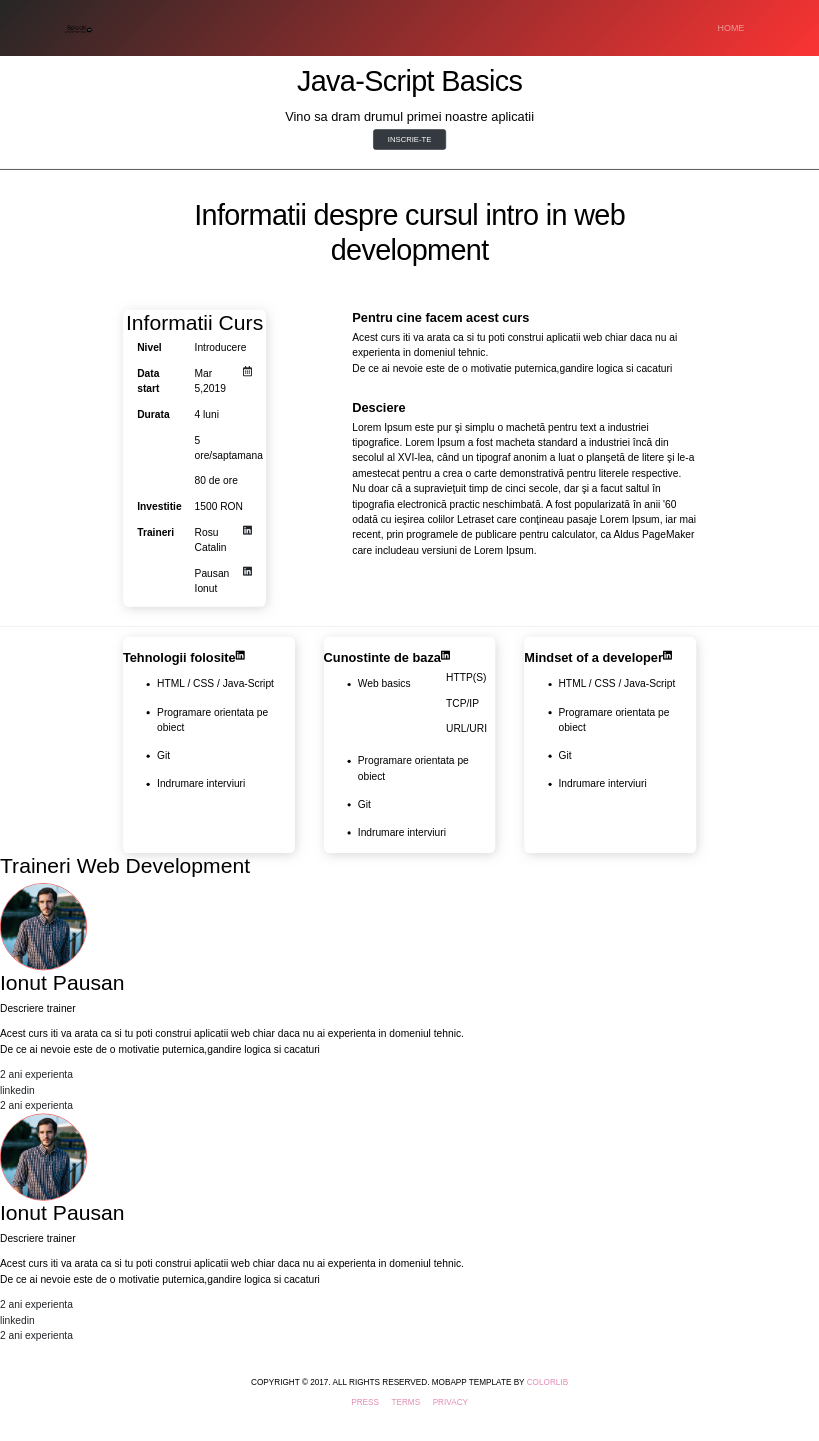
Repository: RosuCatalinDorin/ITSchool
Page: detaliiCurs/views/detalii-curs.html
The author's editor kept a copy of each file at every save. The page is drawn from the files as they stood at one save, then again after a run of saves.
The browser window is 1280 px wide. The pictures show the whole page, at 64% of full size.
Some web libraries are served in a nearby version.

Above is the page before, as saved 2019-03-12 08:00:48.

### detaliiCurs/views/detalii-curs.html
<!doctype html>
<html lang="en">


<head>
    <title>Speak Programming</title>
    <!-- Required meta tags -->
    <meta charset="utf-8">
    <meta name="viewport" content="width=device-width, initial-scale=1, shrink-to-fit=no">
    <meta name="description" content="Mobland - Mobile App Landing Page Template">
    <meta name="keywords" content="HTML5, bootstrap, mobile, app, landing, ios, android, responsive">
    <!-- Font -->
    <link rel="stylesheet" href="https://use.fontawesome.com/releases/v5.7.2/css/all.css" integrity="sha384-fnmOCqbTlWIlj8LyTjo7mOUStjsKC4pOpQbqyi7RrhN7udi9RwhKkMHpvLbHG9Sr" crossorigin="anonymous">
    <link rel="dns-prefetch" href="//fonts.googleapis.com">
    <script src="//code.jquery.com/jquery-1.11.1.min.js"></script>
    <!-- Bootstrap CSS -->
    <link rel="stylesheet" href="../../css/bootstrap.min.css">
    <!-- Themify Icons -->
    <link rel="stylesheet" href="../../css/themify-icons.css">
    <!-- Owl carousel -->
    <link rel="stylesheet" href="../../css/owl.carousel.min.css">
    <link rel="stylesheet" href="../css/detalii-curs.css">
    <!-- Main css -->
    <link href="../../css/style.css" rel="stylesheet">
    <link rel="shortcut icon" href="../images/partea_de_susLogo.png"/>
    <!-- jQuery and Bootstrap -->
    <script src="../../js/jquery-3.2.1.min.js"></script>
    <script src="../../js/bootstrap.bundle.min.js"></script>
    <!-- Plugins JS -->
    <script src="../../js/owl.carousel.min.js"></script>
    <!-- Custom JS -->

</head>

<body data-spy="scroll" data-target="#navbar" data-offset="30">

<!-- Nav Menu -->
<div class="nav-menu fixed-top">
    <div class="container">
        <div class="row">
            <div class="col-md-12">
                <nav class="navbar navbar-dark navbar-expand-lg">
                    <a class="navbar-brand" href="../../home-page/index.html"><img src="../../images/logo_partea_deJos.png" height="43" width="43" class="img-fluid" alt="logo"></a> <button class="navbar-toggler" type="button" data-toggle="collapse" data-target="#navbar" aria-controls="navbar" aria-expanded="false" aria-label="Toggle navigation"> <span class="navbar-toggler-icon"></span> </button>
                    <div class="collapse navbar-collapse" id="navbar">
                        <ul class="navbar-nav ml-auto">
                            <li class="nav-item"> <a class="nav-link active" href="../../home-page/index.html">HOME <span class="sr-only">(current)</span></a> </li>
                        </ul>
                    </div>
                </nav>
            </div>
        </div>
    </div>
</div>

<!-- Header start -->

<header  class="header-detalii-curs">
        <h2 class="detalii-curs-titlu" id="cursTitle">Java-Script Basics</h2>
        <h4 class="detalii-curs-motto">Vino sa dram drumul primei noastre aplicatii</h4>
        <div class="detalii-curs-button-container">
            <button type="button" class="btn btn-dark">Inscrie-te</button>
        </div>
    </div>
</header>

<!-- Header ends -->

<!-- Info curs start -->
<section class="info-curs-container">
    <div class="info-title" >
        <h2>Informatii despre cursul intro in web development</h2>
    </div>
    <div class="info-curs-detalii" >
        <div class="informatii-curs-sumar">
            <h3>Informatii Curs</h3>
            <div class="informatii-curs-row">
                <div class="row-first-elem">
                    <p>Nivel</p>
                </div>
                <p class="row-second-elem">Introducere </p>
            </div>
            <div class="informatii-curs-row">
                <div class="row-first-elem">
                    <p>Data start</p>
                </div>
                <div class="row-second-elem">
                    <div class="trainer-linkedin">
                        <p>Mar 5,2019</p>
                        <i class="far fa-calendar-alt"></i>
                    </div>
                </div>
            </div>
            <div class="informatii-curs-row">
                <div class="row-first-elem">
                    <p>Durata</p>
                </div>
                <div class="row-second-elem">
                    <p>4 luni </p>
                    <p>5 ore/saptamana </p>
                    <p>80 de ore </p>
                </div>
            </div>
            <div class="informatii-curs-row">
                    <div class="row-first-elem">
                            <p> Investitie </p>
                        </div>

                <p class="row-second-elem">1500 RON</p>
            </div>
            <div class="informatii-curs-row">
                    <div class="row-first-elem">
                            <p>Traineri</p>
                        </div>

                <div class="row-second-elem">
                    <div class="trainer-linkedin">
                        <p>Rosu Catalin</p>
                        <i href="https://www.linkedin.com/in/ro%C8%99u-c%C4%83t%C4%83lin-dorin-872322112/" class="fab fa-linkedin"></i>
                    </div>
                    <div class="trainer-linkedin">
                        <p>Pausan Ionut</p>
                        <i class="fab fa-linkedin"></i>
                    </div>
                </div>
            </div>
        </div>
        <div class="descriere-curs">
            <!-- put text into variables -->
                <div class="descriere-cui-se-adreseaza">
                    <h4>Pentru cine facem acest curs</h4>
                    <p> Acest curs iti va arata ca si tu poti construi aplicatii web chiar daca nu ai experienta in domeniul tehnic.<br> De ce ai nevoie este de o motivatie puternica,gandire  logica si cacaturi </p>
                </div>
                <div class="">
                    <h4> Desciere</h4>
                    <p>Lorem Ipsum este pur şi simplu o machetă pentru text a industriei tipografice. Lorem Ipsum a fost macheta standard a industriei încă din secolul al XVI-lea, când un tipograf anonim a luat o planşetă de litere şi le-a amestecat pentru a crea o carte demonstrativă pentru literele respective. Nu doar că a supravieţuit timp de cinci secole, dar şi a facut saltul în tipografia electronică practic neschimbată. A fost popularizată în anii '60 odată cu ieşirea colilor Letraset care conţineau pasaje Lorem Ipsum, iar mai recent, prin programele de publicare pentru calculator, ca Aldus PageMaker care includeau versiuni de Lorem Ipsum.</p>
                </div>
        </div>
    </div>
</section>
<hr>
<!-- Info curs ends -->


<!-- PROGRAMA CURS START -->

<section class="programa-curs">
    <div class="programa-curs-row">
        <header class="programa-curs-header">
            <h4>Tehnologii folosite</h4>
            <i class="fab fa-linkedin"></i>
        </header>
        <ul class="lista-programa-curs">
            <li>HTML / CSS / Java-Script</li>
            <li>Programare orientata pe obiect</li>
            <li>Git</li>
            <li>Indrumare interviuri</li>
        </ul>
    </div>
    <div class="programa-curs-row">
        <header class="programa-curs-header">
            <h4>Cunostinte de baza</h4>
            <i class="fab fa-linkedin"></i>
        </header>
        <ul class="lista-programa-curs">
            <div class="web-basics">
                <li >Web basics</li>
                <div>
                    <p>HTTP(S)</p>
                    <p>TCP/IP</p>
                    <p>URL/URI</p>
                </div>
            </div>
            <li>Programare orientata pe obiect</li>
            <li>Git</li>
            <li>Indrumare interviuri</li>
        </ul>
    </div>
    <div class="programa-curs-row">
        <header class="programa-curs-header">
            <h4>Mindset of a developer</h4>
            <i class="fab fa-linkedin"></i>
        </header>
        <ul class="lista-programa-curs">
            <li>HTML / CSS / Java-Script</li>
            <li>Programare orientata pe obiect</li>
            <li>Git</li>
            <li>Indrumare interviuri</li>
        </ul>
    </div>
</section>

<!-- PROGRAMA CURS ENDS -->

<!-- Trainer description start -->
<div class="DescriereTrainer">
        <div>
            <h3> Traineri Web Development</h3>
        </div>
        <div class="contentTrainerDetails">
            <div class="team-box-trainer">
                <div class="team-img">
                    <img src="../../images/pozaIonutPausan.jpg" class="rounded-circle" alt="Cinque Terre" width="136" height="136">
                </div>
                <div class="team-title-trainer ">
                    <h3>Ionut Pausan</h3>
                </div>
            </div>
            <div class="descriereTrainer">
                <p class="textOffset">Descriere trainer</p>
                <p> Acest curs iti va arata ca si tu poti construi aplicatii web chiar daca nu ai experienta in domeniul tehnic.<br> De ce ai nevoie este de o motivatie puternica,gandire  logica si cacaturi </p>
                <div class="repetClassStyle"><span>2 ani experienta</span></div>
                <div class="repetClassStyle"><span>linkedin</span></div>
                <div class="repetClassStyle" ><span>2 ani experienta</span></div>
            </div>
        </div>
        <div class="contentTrainerDetails">
            <div class="team-box-trainer">
                <div class="team-img">
                    <img src="../../images/pozaIonutPausan.jpg" class="rounded-circle" alt="Cinque Terre" width="136" height="136">
                </div>
                <div class="team-title-trainer ">
                    <h3>Ionut Pausan</h3>
                </div>
            </div>
            <div class="">

                <p>Descriere trainer</p>
                <p> Acest curs iti va arata ca si tu poti construi aplicatii web chiar daca nu ai experienta in domeniul tehnic.<br> De ce ai nevoie este de o motivatie puternica,gandire  logica si cacaturi </p>
                <div><span>2 ani experienta</span></div>
                <div ><span>linkedin</span></div>
                <div><span>2 ani experienta</span></div>
            </div>
        </div>
    </div>
<!-- Trainer description end -->


<footer class="my-5 text-center">
    <!-- Copyright removal is not prohibited! -->
    <p class="mb-2"><small>COPYRIGHT © 2017. ALL RIGHTS RESERVED. MOBAPP TEMPLATE BY <a href="https://colorlib.com">COLORLIB</a></small></p>

    <small>
        <a href="#" class="m-2">PRESS</a>
        <a href="#" class="m-2">TERMS</a>
        <a href="#" class="m-2">PRIVACY</a>
    </small>
</footer>


</body>

</html>

### detaliiCurs/css/detalii-curs.css
/* Header start */
.header-detalii-curs {
    border-bottom: 1px solid black;
}

.container-detalii-curs {
    text-align: center;
}

.detalii-curs-button-container{
    margin-bottom: 30px;
}
/* Header ends */

/* Info curs container start */
.info-curs-container {
    width: 70%;
    margin: auto;
}

.info-title{
    padding-top: 45px;
    padding-bottom: 50px;
    height: auto;
}

.info-title h2{
    text-align: center;
}

    /* DETALII CURS -START */
.info-curs-detalii{
    display: flex;
    justify-content: space-between;
    margin-bottom: 30px;
}

.informatii-curs-sumar{
    width: 25%;
    -webkit-box-shadow: 2px 3px 18px -2px rgba(186,186,186,0.68);
    -moz-box-shadow: 2px 3px 18px -2px rgba(186,186,186,0.68);
    box-shadow: 2px 3px 18px -2px rgba(186,186,186,0.68);
    border-radius: 3%;
}

.informatii-curs-sumar h3 {
    text-align: center;
}

.informatii-curs-row{
    /* font size-font-style */
    display: flex;
}

.row-first-elem{
    font-weight: bold;
    width: 30%;
    padding-left: 10%;
}

.row-second-elem {
    width:60%;
    text-align: start;
    padding-left: 20%;
  }

.trainer-linkedin{
    display: flex;
    justify-content: space-between;
}
/* DETALII CURS -END */

/* DESCRIERE CURS START */
.descriere-curs{
    width: 60%;
}

.descriere-curs h4{
    font-weight: bold;
}

.descriere-cui-se-adreseaza{
    padding-bottom: 20px;
}

/* DESCRIERE CURS ENDS */

/* Info curs container ends */


/* PROGRAMA CURS START */

.programa-curs{
    margin: auto;
    display: flex;
    width: 70%;
    justify-content: space-between;
}

.programa-curs-row{
    width: 30%;
    color: black;
    -webkit-box-shadow: 2px 3px 18px -2px rgba(186,186,186,0.68);
    -moz-box-shadow: 2px 3px 18px -2px rgba(186,186,186,0.68);
    box-shadow: 2px 3px 18px -2px rgba(186,186,186,0.68);
    border-radius: 3%;
}

.programa-curs-header {
    padding-top: 20px;
    display: flex;
    margin:auto;
    color:black;
    text-align: center;
}

.programa-curs-header h4{
    padding: 0;
    font-weight: bold;
}

.lista-programa-curs{
    width: 90%;
    margin: auto;
    padding-bottom: 10px;
}

.lista-programa-curs li {
    padding-top: 10px;
    padding-bottom: 10px;
}

.web-basics{
    display: flex;
    justify-content: space-between;
}

.web-basics


/* PROGRAMA CURS ENDS */

Loaded but not shown: css/bootstrap.min.css (library); css/themify-icons.css (common file); css/owl.carousel.min.css (library); js/jquery-3.2.1.min.js (library); js/bootstrap.bundle.min.js (library); js/owl.carousel.min.js (library); css/style.css (723 lines, source omitted)

After the next 2 saves:
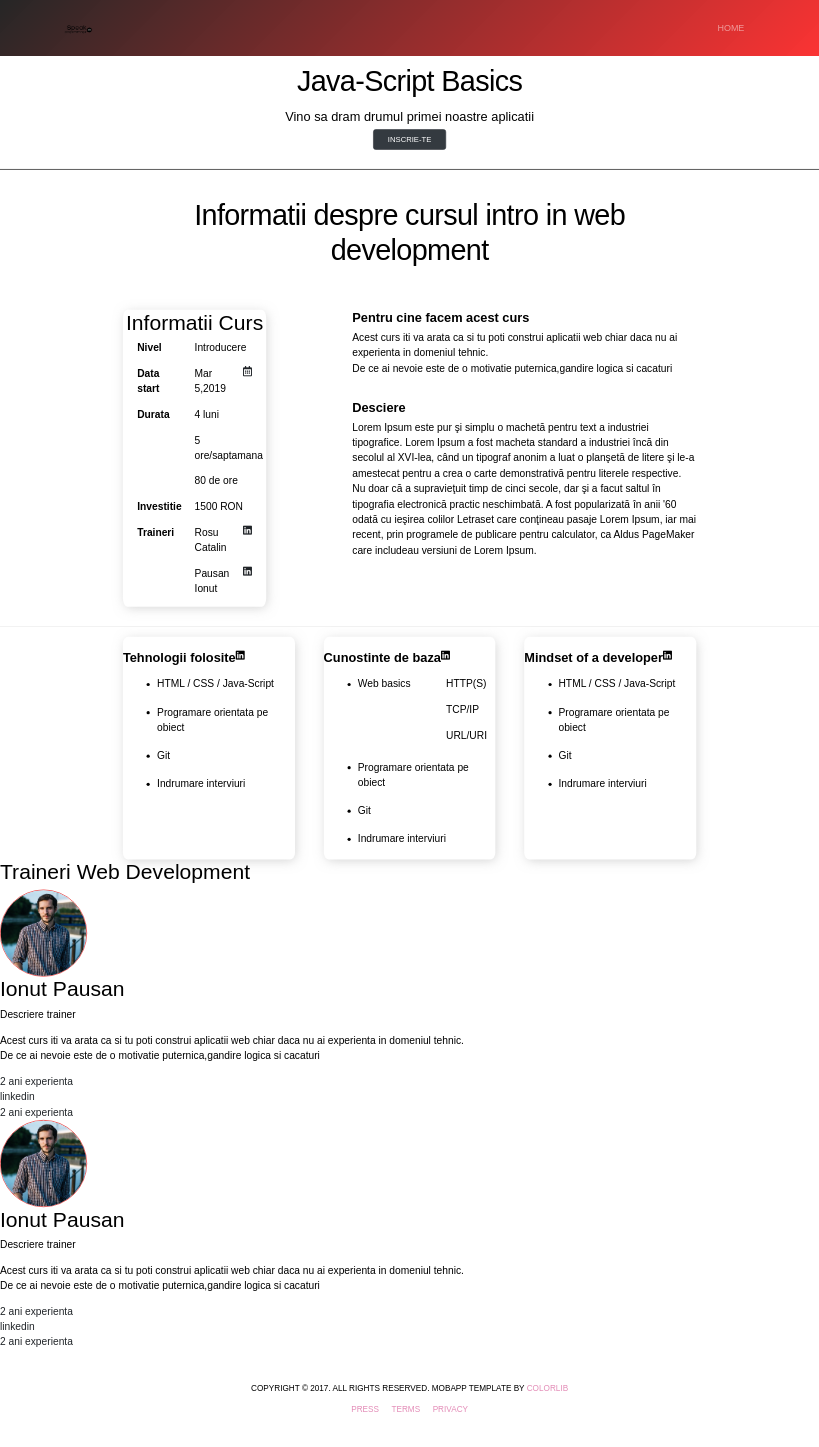
The 2 saves are shown as one change because they came seconds apart.
The last was saved 23 s later.
--- a/detaliiCurs/css/detalii-curs.css
+++ b/detaliiCurs/css/detalii-curs.css
@@ -135,7 +135,9 @@
     justify-content: space-between;
 }
 
-.web-basics
+.web-basics div{
+    padding-top: 10px;
+}
 
 
 /* PROGRAMA CURS ENDS */
